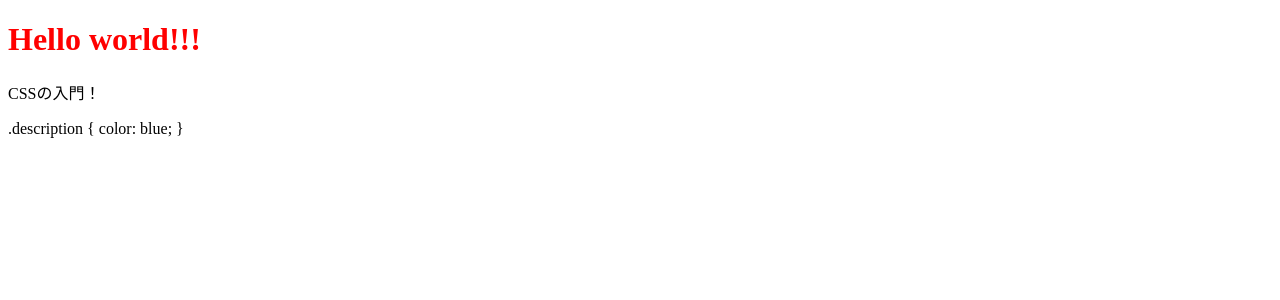
Repository: shimada-ryusuke/sample2
Page: html/css_intro.html
The author's editor kept a record of every edit. The page is drawn from the files as they stood at one moment, then again after the next edit.
The browser window is 1280 px wide. The pictures show the whole page.

Above is the page before.

After the next edit:
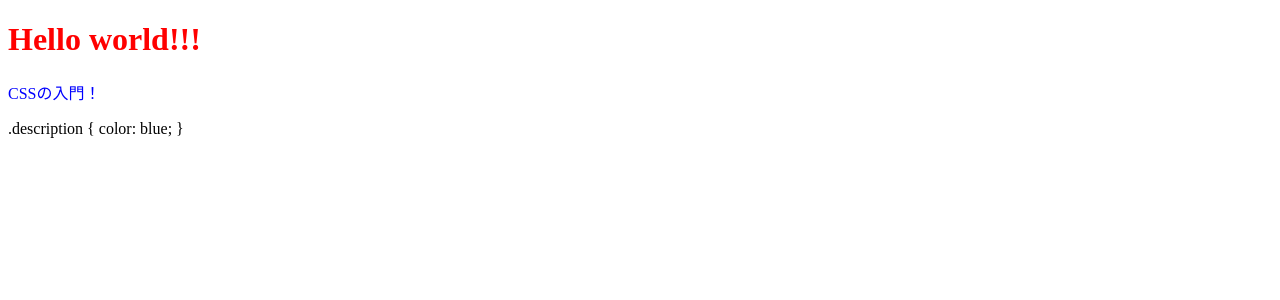
The edit:
--- a/html/css_intro.html
+++ b/html/css_intro.html
@@ -6,8 +6,12 @@
 
   <style>
    #title {
-      color: red;
-      }
+  color: red;
+}
+
+.description {
+  color: blue;
+}
   </style>
 </head>
   <body>
